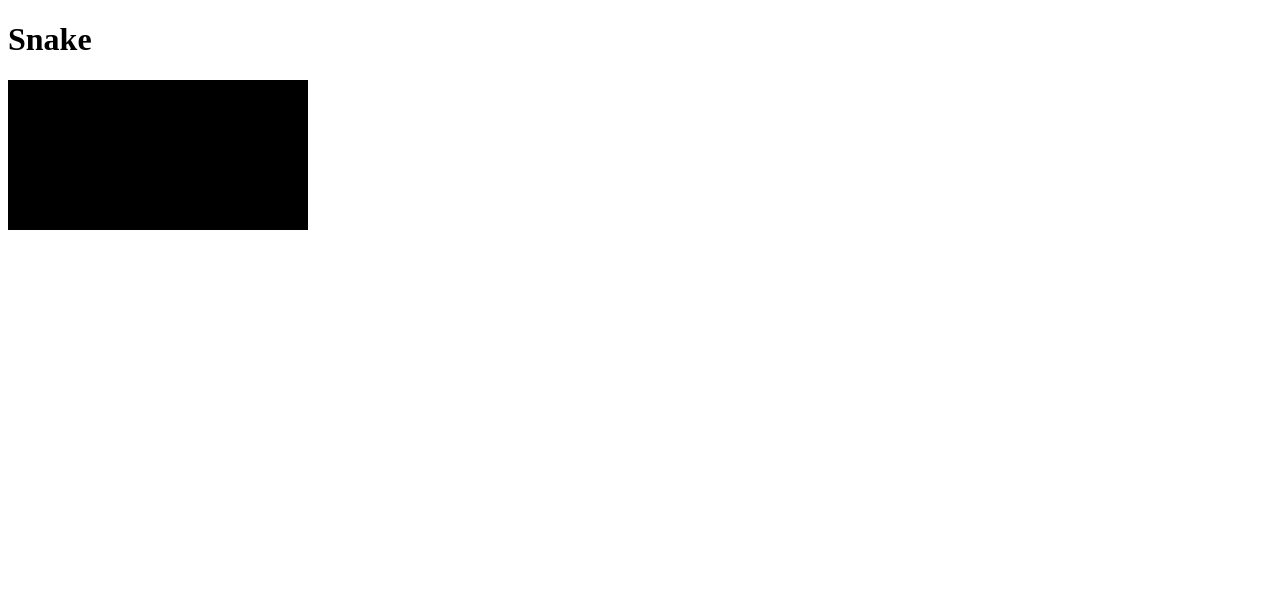
Repository: Ellisvelandia/snake
Page: index.html
These files come from the project's save history. The page is drawn as it stood at one moment and after the next save; the edit follows.
The browser window is 1280 px wide. The pictures show the whole page.

Above is the page before, as saved 2022-08-26 23:18:37.

### index.html
<!DOCTYPE html>
<html lang="en">
<head>
  <meta charset="UTF-8">
  <meta http-equiv="X-UA-Compatible" content="IE=edge">
  <meta name="viewport" content="width=device-width, initial-scale=1.0">
  <link rel="stylesheet" href="style.css">
  <style>

  </style>
  <title>Snake</title>
</head>
<body>

  <h1>Snake</h1>

  <canvas id="game"></canvas>
  <script src="index.js"></script>
</body>
</html>

### index.js
const canvas = document.getElementById("game");
const ctx = canvas.getContext("2d");

let speed = 7;

let tileCount = 20;
let tileSize = canvas.width / tileCount - 2;
let headX = 10;
let headY = 10;

let xVelocity=0;
let yVelocity=0;

// game  loop

function drawGame() {
  clearScreen();
  drawSnake();
  setTimeout(drawGame, 1000 / speed);
}

function clearScreen() {
  ctx.fillStyle = "#000";
  ctx.fillRect(0,0, canvas.width, canvas.height);
}

function drawSnake() {
  ctx.fillStyle = "#ffa500	"
  ctx.fillRect(headX * tileCount, headY* tileCount, tileSize,tileSize);
}

drawGame();

Loaded but not shown: style.css (no stored copy; drawn as an empty file)

After the next save:
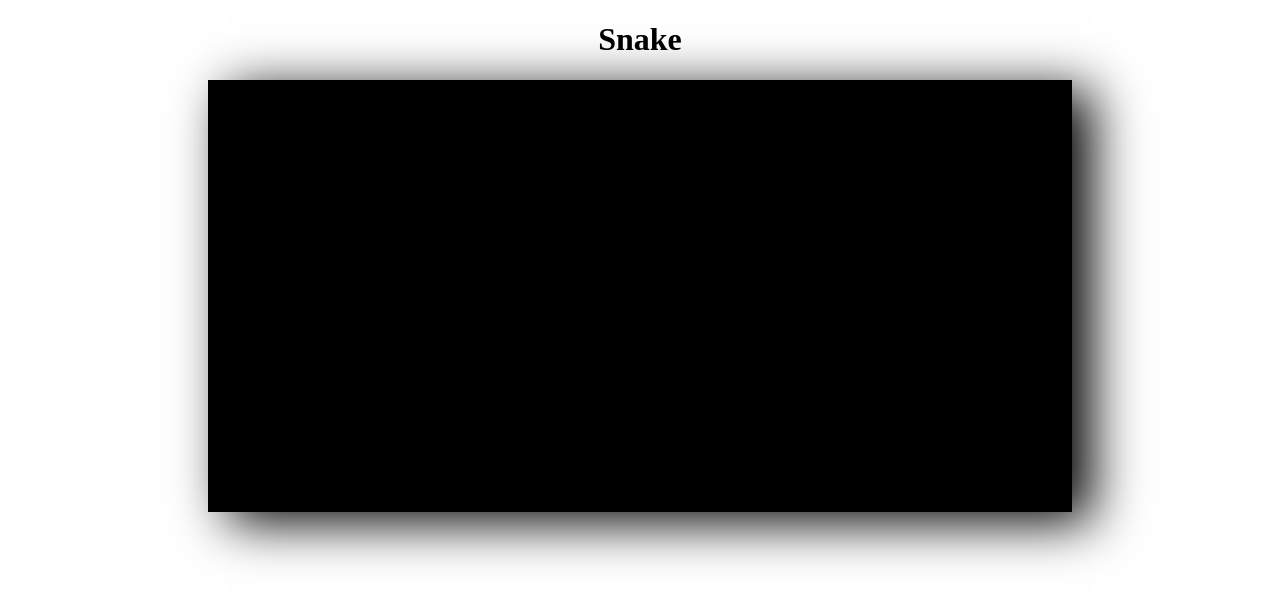
Saved 1 s later.
--- a/index.html
+++ b/index.html
@@ -6,6 +6,20 @@
   <meta name="viewport" content="width=device-width, initial-scale=1.0">
   <link rel="stylesheet" href="style.css">
   <style>
+   body {
+  margin: 0;
+  padding: 0;
+  display: flex;
+  flex-direction: column;
+  justify-content: center;
+  align-items: center;
+}
+
+canvas {
+  box-shadow: #000 20px 10px 50px;
+  max-width:  80vw;
+  height: 60vh;
+}
 
   </style>
   <title>Snake</title>
